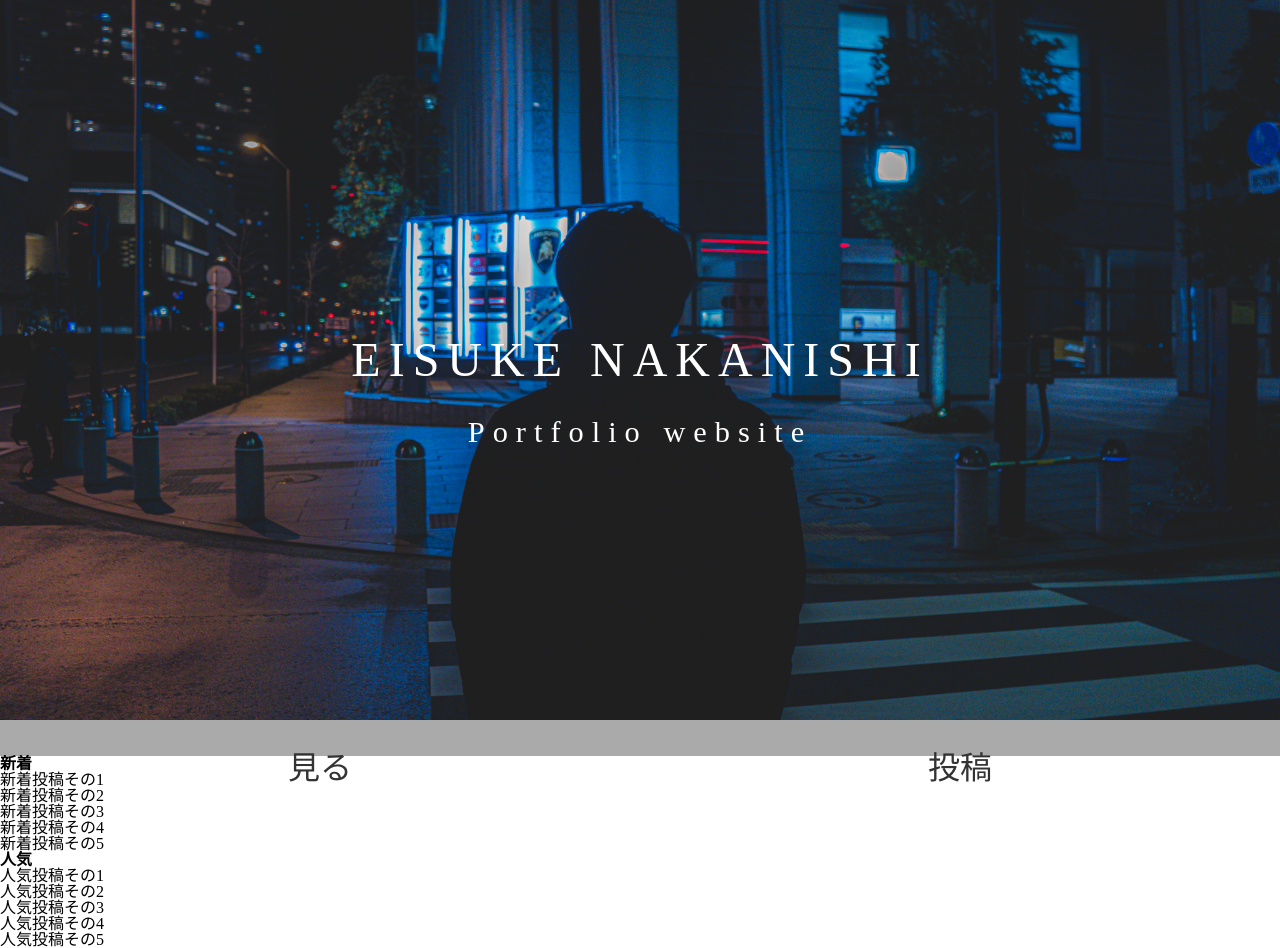
Repository: KustomApe/LandorusInc
Page: index.html
These files come from the project's save history. The page is drawn as it stood at one moment and after the next save; the edit follows.
The browser window is 1280 px wide. The pictures show the whole page.

Above is the page before, as saved 2021-07-24 13:08:49.

### index.html
<!DOCTYPE html>
<html lang="ja">
<head>
    <meta charset="UTF-8">
    <meta http-equiv="X-UA-Compatible" content="IE=edge">
    <meta name="viewport" content="width=device-width, initial-scale=1.0">
    <title>掲示板</title>
    <link rel="stylesheet" href="./assets/css/html5doctor.css">
    <link rel="stylesheet" href="./assets/css/style.css">
</head>
<body>
<div id="wrap">
    <div id="main_img">
        <h1>EISUKE NAKANISHI</h1>
        <h2>Portfolio website</h2>
    </div>
    <div class="contents">
        <ul id="main_btn">
            <li>見る</li>
            <li>投稿</li>
        </ul>
        <h2>新着</h2>
        <ul>
            <li>新着投稿その1</li>
            <li>新着投稿その2</li>
            <li>新着投稿その3</li>
            <li>新着投稿その4</li>
            <li>新着投稿その5</li>
        </ul>
        <h2>人気</h2>
        <ul>
            <li>人気投稿その1</li>
            <li>人気投稿その2</li>
            <li>人気投稿その3</li>
            <li>人気投稿その4</li>
            <li>人気投稿その5</li>
        </ul>
    </div>
</div>
</body>
</html>

### assets/css/html5doctor.css
html, body, div, span, object, iframe,
h1, h2, h3, h4, h5, h6, p, blockquote, pre,
abbr, address, cite, code,
del, dfn, em, img, ins, kbd, q, samp,
small, strong, sub, sup, var,
b, i,
dl, dt, dd, ol, ul, li,
fieldset, form, label, legend,
table, caption, tbody, tfoot, thead, tr, th, td,
article, aside, canvas, details, figcaption, figure,
footer, header, hgroup, menu, nav, section, summary,
time, mark, audio, video {
    margin:0;
    padding:0;
    border:0;
    outline:0;
    font-size:100%;
    vertical-align:baseline;
    background:transparent;
}

body {
    line-height:1;
}

article,aside,details,figcaption,figure,
footer,header,hgroup,menu,nav,section {
    display:block;
}

nav ul {
    list-style:none;
}

blockquote, q {
    quotes:none;
}

blockquote:before, blockquote:after,
q:before, q:after {
    content:'';
    content:none;
}

a {
    margin:0;
    padding:0;
    font-size:100%;
    vertical-align:baseline;
    background:transparent;
}

/* change colours to suit your needs */
ins {
    background-color:#ff9;
    color:#000;
    text-decoration:none;
}

/* change colours to suit your needs */
mark {
    background-color:#ff9;
    color:#000;
    font-style:italic;
    font-weight:bold;
}

del {
    text-decoration: line-through;
}

abbr[title], dfn[title] {
    border-bottom:1px dotted;
    cursor:help;
}

table {
    border-collapse:collapse;
    border-spacing:0;
}

/* change border colour to suit your needs */
hr {
    display:block;
    height:1px;
    border:0;
    border-top:1px solid #cccccc;
    margin:1em 0;
    padding:0;
}

input, select {
    vertical-align:middle;
}

### assets/css/style.css
@charset "utf-8";

body {
    width: 100%;
    max-width: 1920px;
}

div#main_img {
    position: relative;
    display: block;
    width: 100%;
    height: 100vh;
    background: url('../img/main.jpg');
    background-size: cover;
}

div#main_img h1 {
    position: absolute;
    top: 50%;
    left: 50%;
    transform: translate(-50%, -50%);
    -webkit-transform: translate(-50%, -50%);
    -ms-transform: translate(-50%, -50%);
    color: #fff;
    font-size: 3rem;
    font-weight: lighter;
    letter-spacing: 0.5rem;
}

div#main_img h2 {
    position: absolute;
    top: 60%;
    left: 50%;
    transform: translate(-50%, -50%);
    -webkit-transform: translate(-50%, -50%);
    -ms-transform: translate(-50%, -50%);
    color: #fff;
    font-size: 1.9rem;
    font-weight: lighter;
    letter-spacing: 0.5rem;
}

div.contents {
    width: 100%;
}

div.contents ul#main_btn {
    list-style: none;
    display: flex;
    width: 100%;
    height: 5vh;
    background: #aaa;

}

div.contents ul#main_btn li {
    display: block;
    margin: 2rem auto;
    font-size: 2rem;
    color: #333;
    background: #aaa;
}

After the next save:
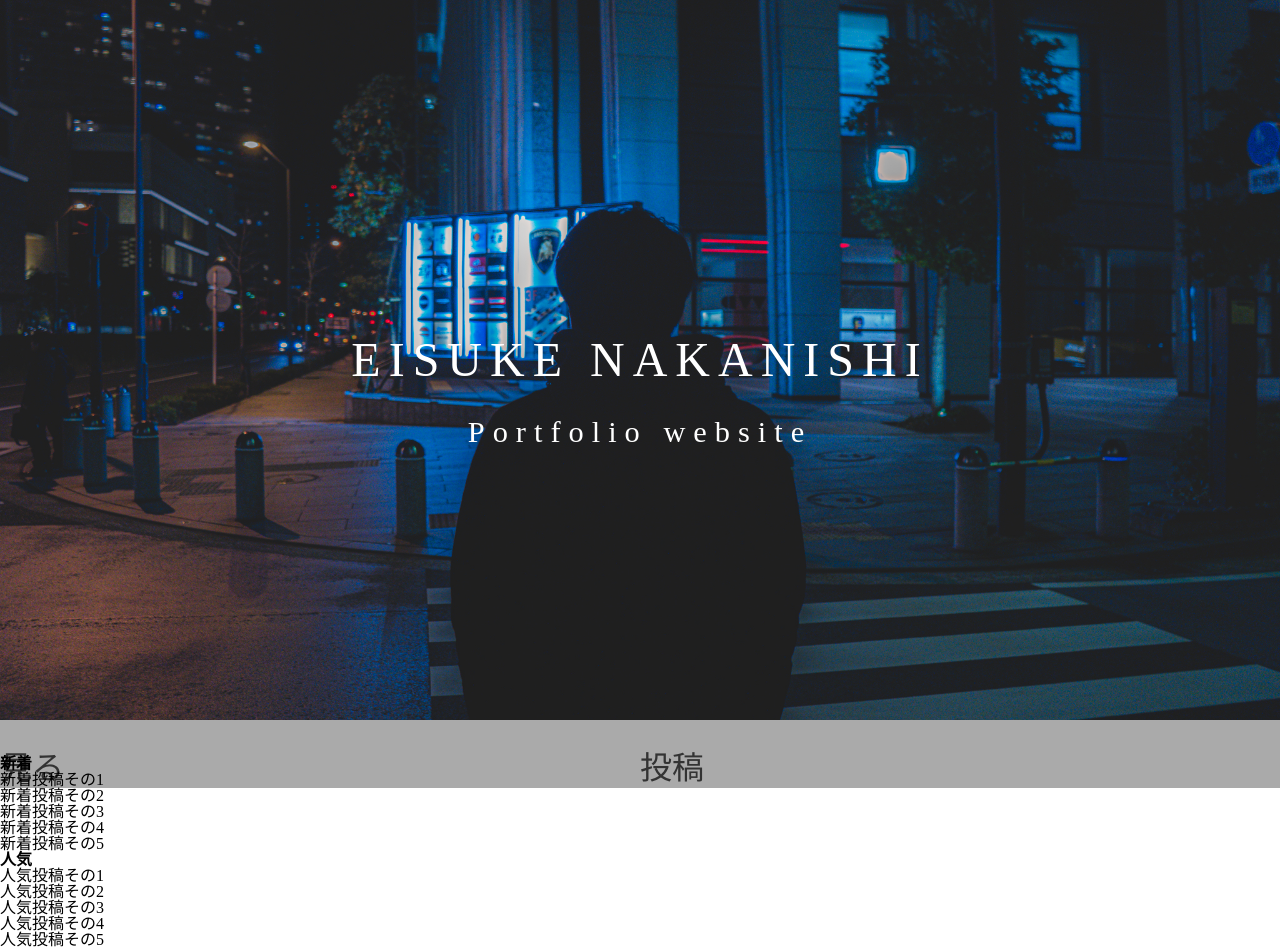
Saved 21 s later.
--- a/assets/css/style.css
+++ b/assets/css/style.css
@@ -55,6 +55,8 @@ div.contents ul#main_btn {
 
 div.contents ul#main_btn li {
     display: block;
+    width: 100%;
+    height: 5vh;
     margin: 2rem auto;
     font-size: 2rem;
     color: #333;
